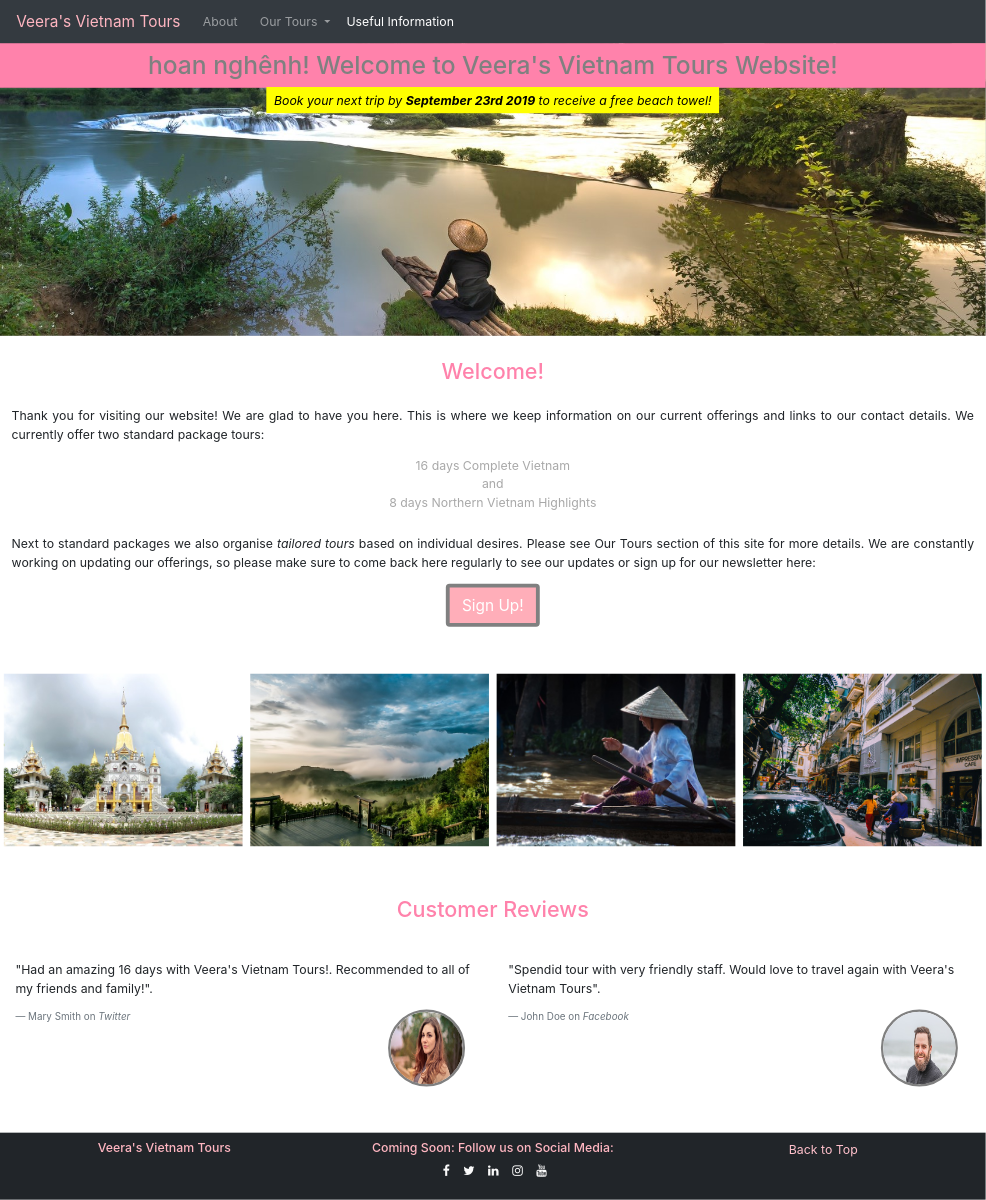
Repository: VAhola/VietnamTour
Page: index.html
The author's editor kept a record of every edit. The page is drawn from the files as they stood at one moment, then again after the next edit.
The browser window is 1280 px wide. The pictures show the whole page, at 77% of full size.

Above is the page before.

After the next edit:
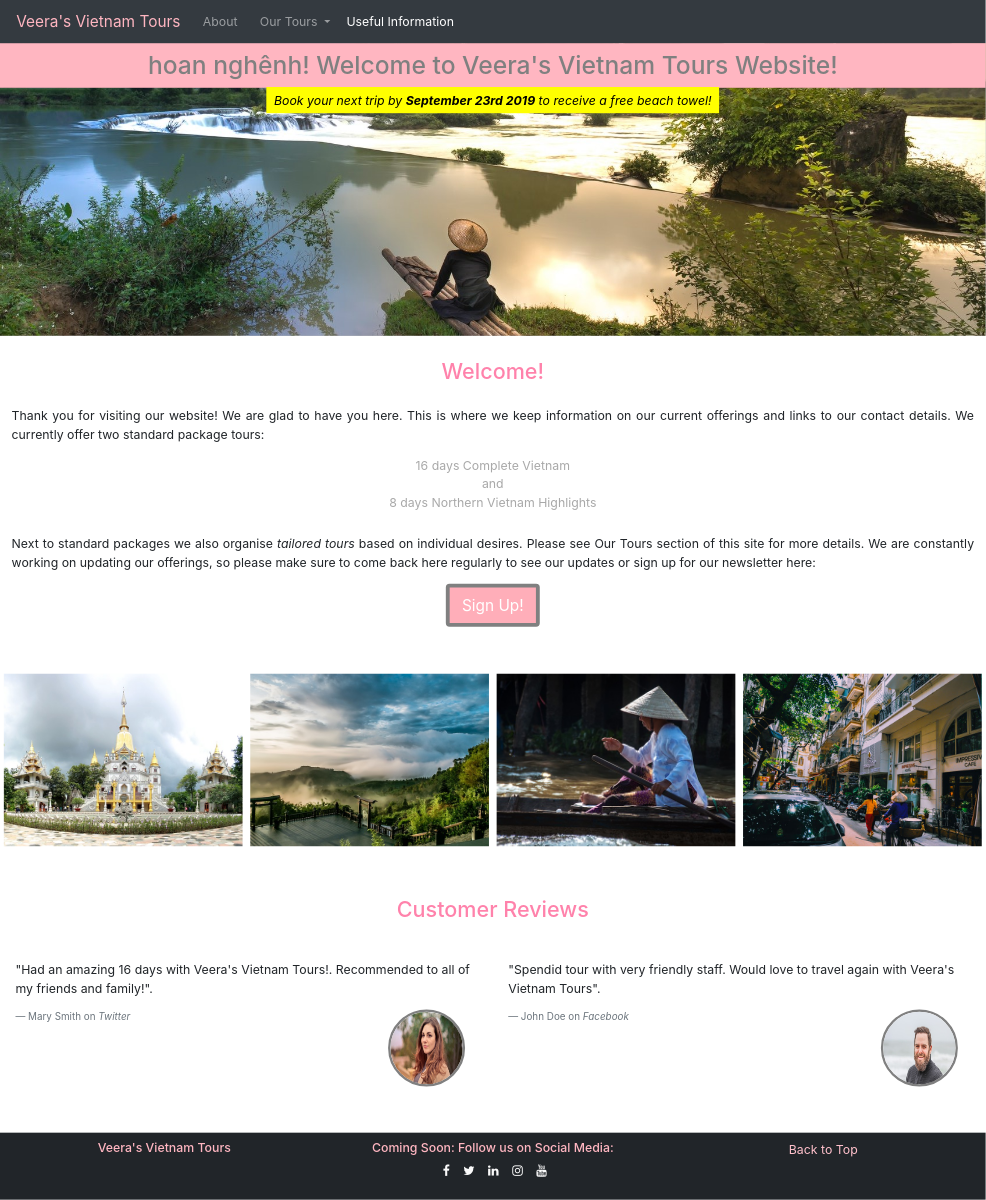
The edit:
--- a/style.css
+++ b/style.css
@@ -55,7 +55,7 @@
 }
 
 .intro {
-    background-color:#ff82ab;
+    background-color:#ffb6c1;
     padding: 10px 5px;
     color: gray;
 }
